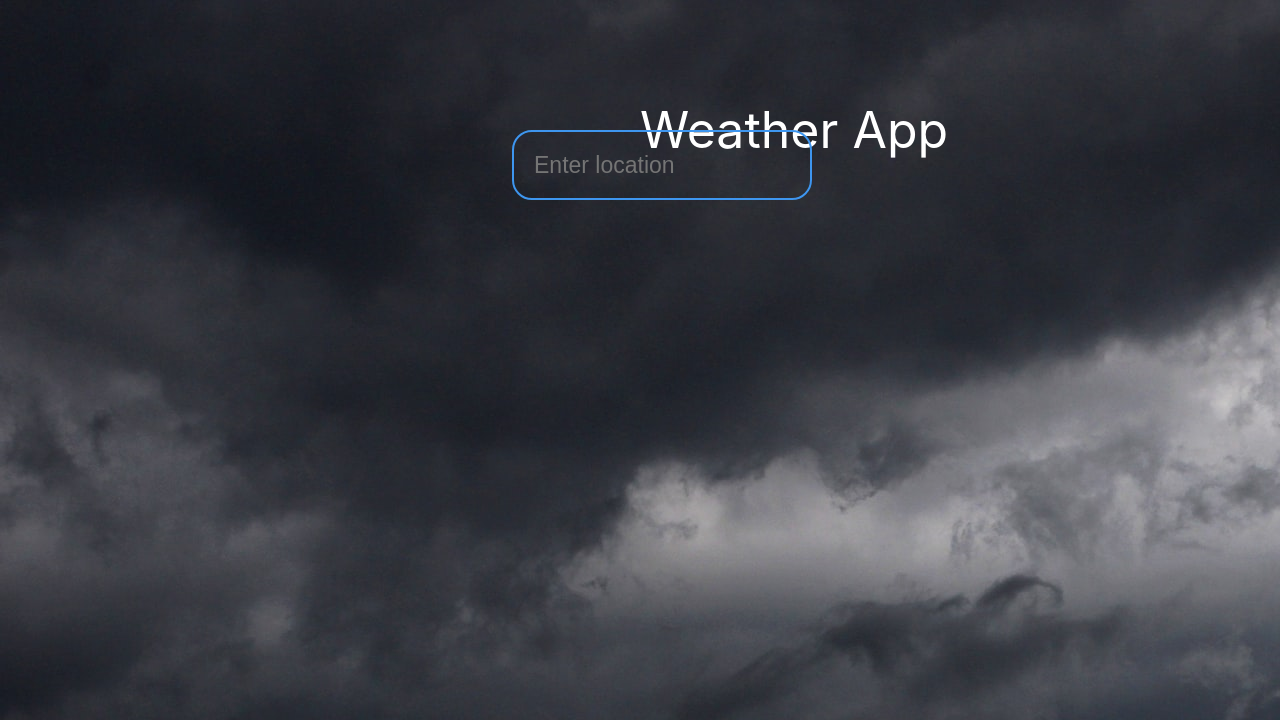
Repository: RenataDzotova/WeatherForecast
Page: /
An editor plug-in stored every save of this project. The page is shown before and after the next save, followed by the edit.
The browser window is 1280 px wide. The pictures show the whole page.
The project was rebuilt for these pictures with package versions that can differ from the ones it lists, and the page was loaded fresh each time. The framework's server and built-in components were replaced by stand-ins that run in the browser. Also part of the build but not shown: next.config.js, styles/Home.module.css.

Above is the page before, as saved 2023-01-19 16:27:11.

After the next save:
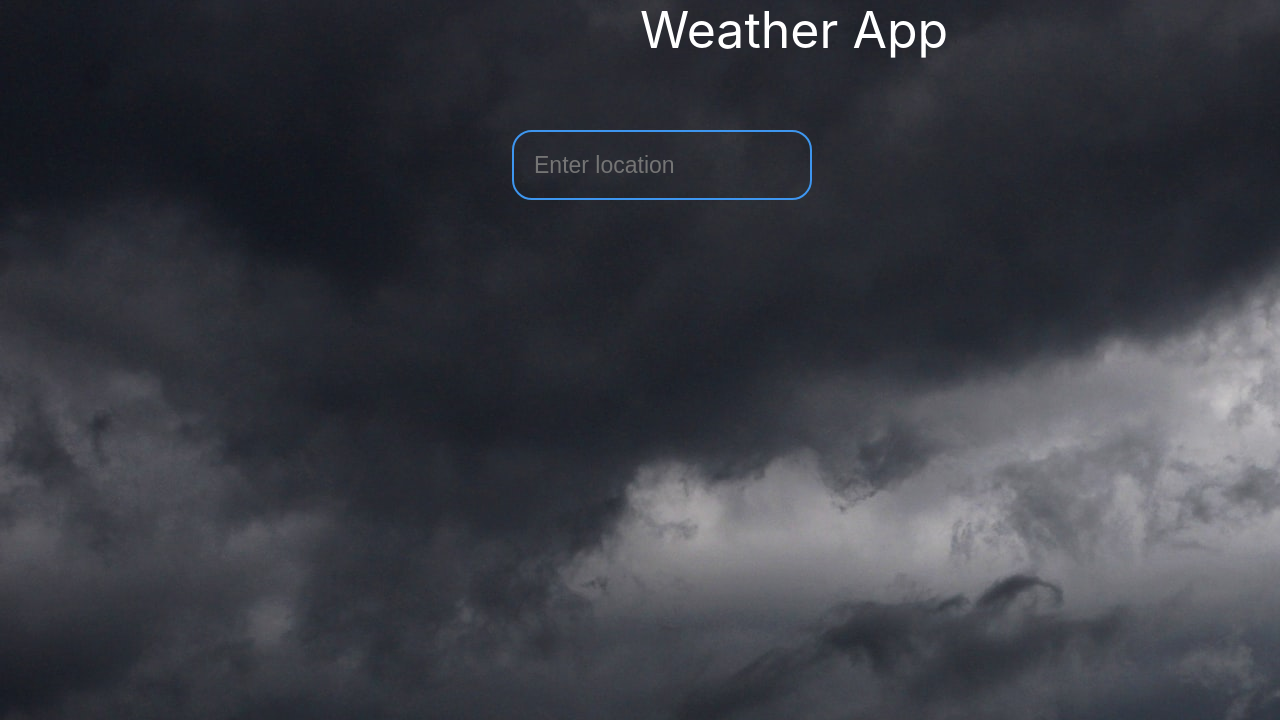
Saved 10 s later.
--- a/styles/globals.css
+++ b/styles/globals.css
@@ -18,7 +18,7 @@ body {
   color: white;
   background-color: transparent;
   position: absolute;
-  margin-top: 100px;
+
 }
 
 a {
